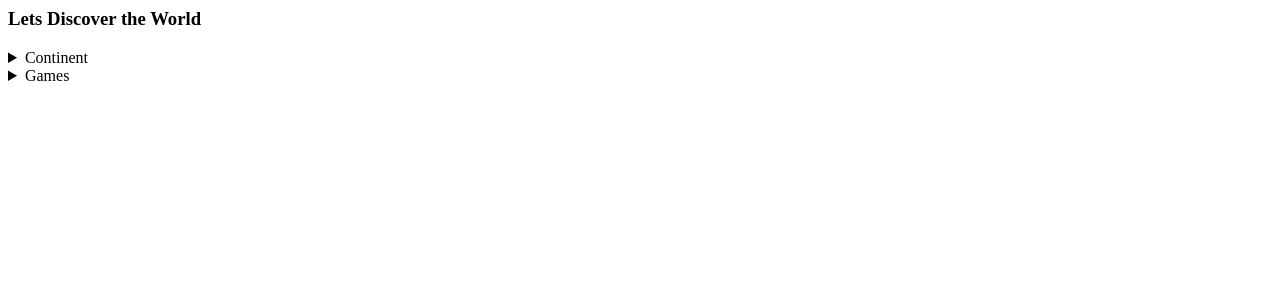
Repository: Amr-Ma7moud/FlagScape
Page: htmlUtil/sideBar.html
An editor plug-in stored every save of this project. The page is shown before and after the next save, followed by the edit.
The browser window is 1280 px wide. The pictures show the whole page.

Above is the page before, as saved 2025-12-01 20:21:24.

After the next save:
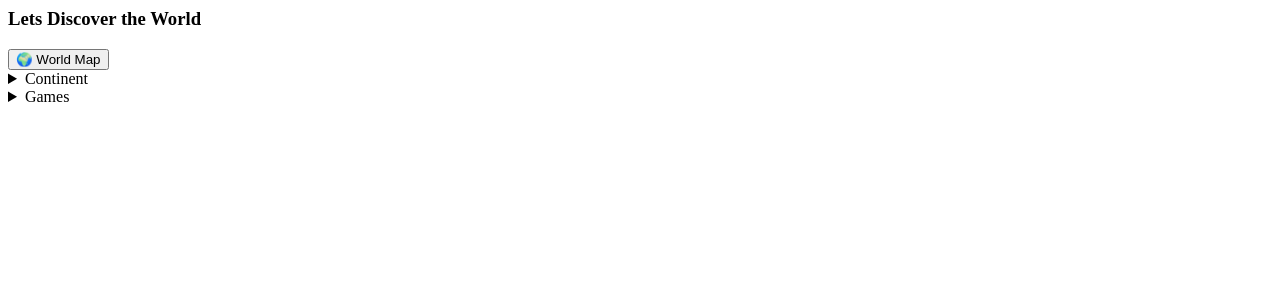
Saved 6 min 43 s later.
--- a/htmlUtil/sideBar.html
+++ b/htmlUtil/sideBar.html
@@ -1,4 +1,5 @@
 <h3>Lets Discover the World</h3>
+<button class="nav-item world-map-btn" id="world-map">🌍 World Map</button>
 <details class="nav-item" id="continents">
     <summary >Continent</summary>
     <button id="NA">North America</button>
